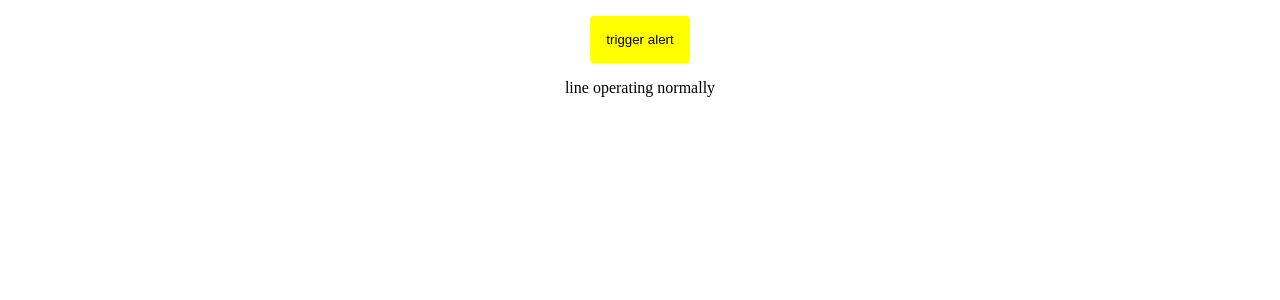
Repository: Esttevo/list-rewiew-js-2
Page: modulo-6/index.html
These files come from the project's save history. The page is drawn as it stood at one moment and after the next save; the edit follows.
The browser window is 1280 px wide. The pictures show the whole page.
The pointer rests on the first visible `#btn-alert`.

Above is the page before, as saved 2026-10-22 19:58:43.

### modulo-6/index.html
<!DOCTYPE html>
<html lang="en">
<head>
    <meta charset="UTF-8">
    <meta name="viewport" content="width=device-width, initial-scale=1.0">
    <title>att-1-module-6</title>
    <script src="/modulo-6/app.js" defer></script>
    <link rel="stylesheet" href="/modulo-6/style.css">
</head>
<body>
    <button id="btn-alert">trigger alert</button>

    <div class="wrapper wrapper-alert">
        <p id="alert">line operating normally</p>
    </div>
</body>
</html>

### modulo-6/app.js
// Crie uma página HTML contendo um botão <button id='btnAlerta'>Disparar Alerta</button> e uma <div
// id='statusPainel'>Linha Operando Normalmente</div>. Ao clicar no botão, utilize document.getElementById() para ;
// alterar o texto da div para 'ATENÇÃO: Parada de Emergência Solicitada!' e mudar a cor do texto para vermelho.

const btnAlert = document.getElementById("btn-alert");
const divAlert = document.querySelector(".wrapper-alert");
const textAlert = document.getElementById("alert");

btnAlert.addEventListener("click", () => {
    textAlert.textContent = "ATENÇÃO: parada de Emergência Solicitada";
    divAlert.classList.add("")
})

### modulo-6/style.css
* {
    padding: 0;
    margin: 0;
    text-decoration: none;
}

#btn-alert {
    display: flex;
    justify-self: center;
    background-color: yellow;
    color: black;
    padding: 1rem;
    border-radius: 4px;
    border: none;
     margin:1rem;
}

#btn-alert:hover {
    background-color: yellow;
}

.wrapper-alert {
    display: flex;
    justify-content: center;
    margin:1rem;
}

After the next save:
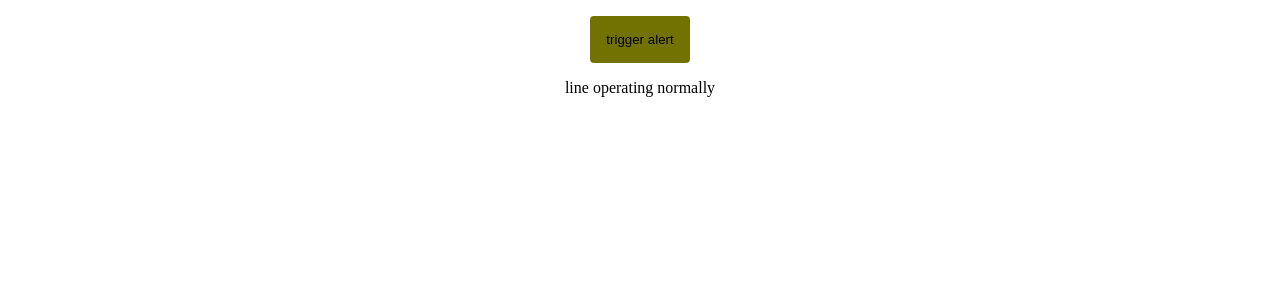
Saved 8 s later.
--- a/modulo-6/style.css
+++ b/modulo-6/style.css
@@ -16,7 +16,7 @@
 }
 
 #btn-alert:hover {
-    background-color: yellow;
+    background-color: rgb(114, 114, 3);
 }
 
 .wrapper-alert {
